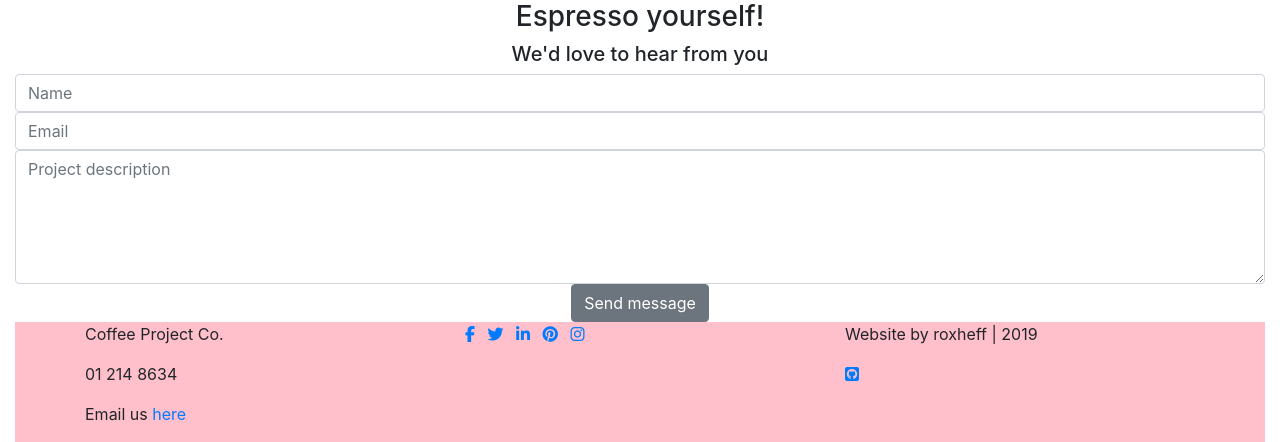
Repository: roxanahefferon/M1
Page: index.html
The author's editor kept a record of every edit. The page is drawn from the files as they stood at one moment, then again after the next edit.
The browser window is 1280 px wide. The pictures show the part of the page from y = 2914 to 3388 px (the page is 3356 px tall before and 3388 px after).
Some web libraries are served in a nearby version.

Above is the page before.

After the next edit:
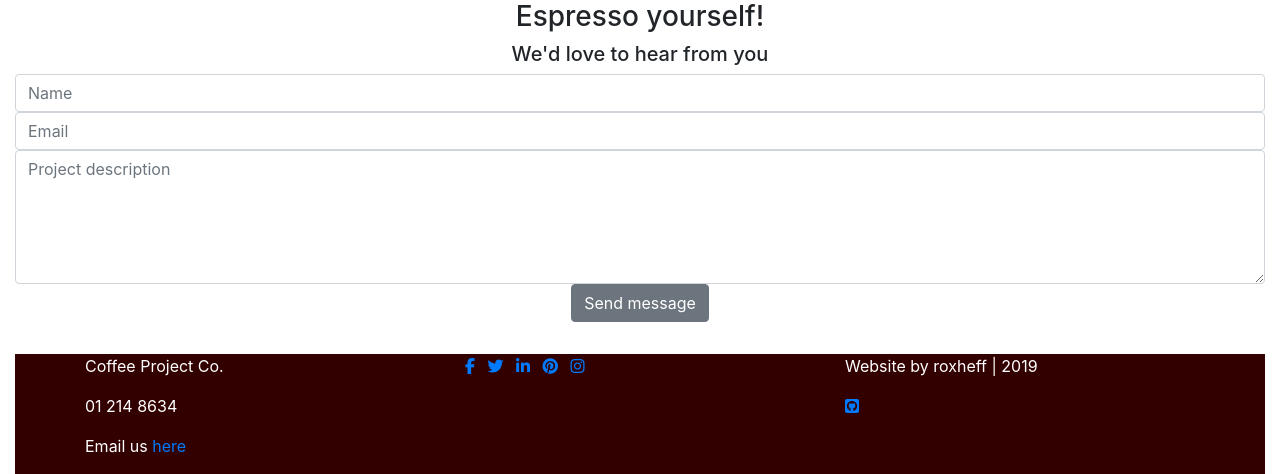
The edit:
--- a/assets/css/style.css
+++ b/assets/css/style.css
@@ -258,7 +258,9 @@
 /* --- footer --- */
 
 .footer {
-    background-color: pink;
+    background-color: #330000;
+    color: #ffffff;
+    margin-top: 2rem;
 
 }
 
